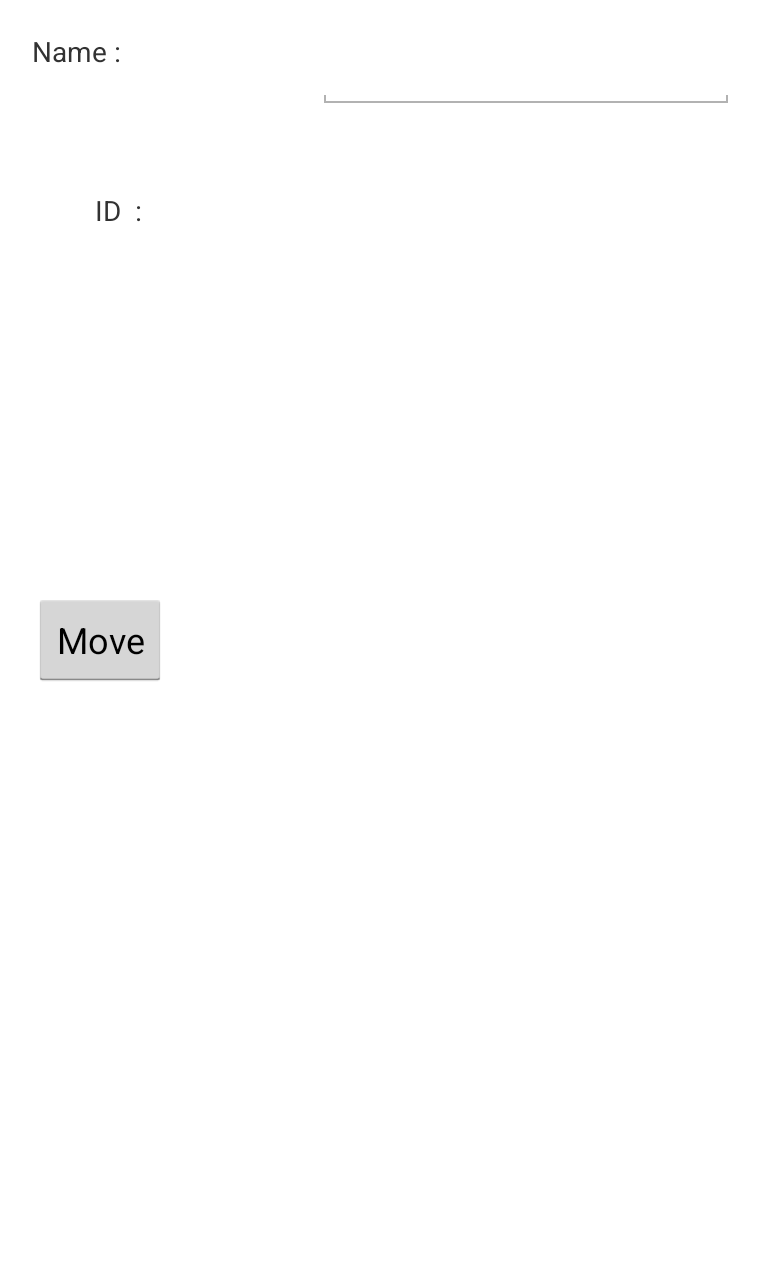
Repository: suzauddola/Android_Apps
Layout: Source/bundle/bandle/res/layout/first.xml
The author's editor kept a copy of each file at every save. The layout is drawn from the files as they stood at one save, then again after the next save.
It is drawn on a 768 x 1280 px phone screen (xhdpi) without system bars, with theme AppTheme; the app's code is not run.

Above is the layout before, as saved 2013-09-05 02:09:42.

### Source/bundle/bandle/res/layout/first.xml
<RelativeLayout xmlns:android="http://schemas.android.com/apk/res/android"
    xmlns:tools="http://schemas.android.com/tools"
    android:layout_width="match_parent"
    android:layout_height="match_parent"
    android:paddingBottom="@dimen/activity_vertical_margin"
    android:paddingLeft="@dimen/activity_horizontal_margin"
    android:paddingRight="@dimen/activity_horizontal_margin"
    android:paddingTop="@dimen/activity_vertical_margin"
    tools:context=".Main" >

    <TextView
        android:id="@+id/name"
        android:layout_width="wrap_content"
        android:layout_height="wrap_content"
        android:text="Name :    " />

    <EditText
        android:id="@+id/name1"
        android:layout_width="wrap_content"
        android:layout_height="wrap_content"
        android:layout_alignParentRight="true"
        android:layout_alignTop="@+id/name"
        android:ems="10" />

    <Button
        android:id="@+id/button1"
        android:layout_width="wrap_content"
        android:layout_height="wrap_content"
        android:layout_centerVertical="true"
        android:text="Move" />

    <TextView
        android:id="@+id/tvID"
        android:layout_width="wrap_content"
        android:layout_height="wrap_content"
        android:layout_alignRight="@+id/name"
        android:layout_below="@+id/name1"
        android:layout_marginTop="40dp"
        android:text="ID  : " />

</RelativeLayout>

Loaded but not shown: Source/bundle/bandle/res/values/styles.xml (common file); Source/bundle/bandle/res/values-v11/styles.xml (common file); Source/bundle/bandle/res/values-v14/styles.xml (common file); Source/bundle/bandle/res/values/dimens.xml (common file)

After the next save:
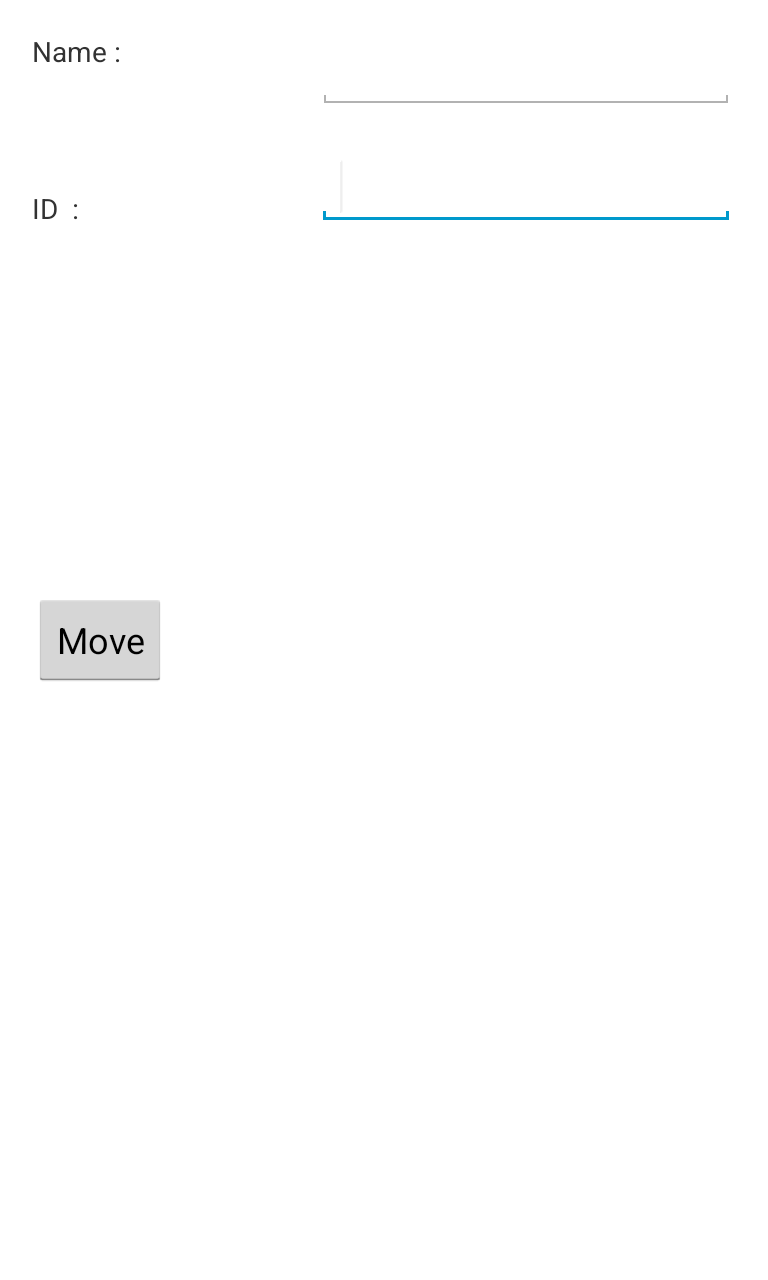
Saved 34 s later.
--- a/Source/bundle/bandle/res/layout/first.xml
+++ b/Source/bundle/bandle/res/layout/first.xml
@@ -33,9 +33,20 @@
         android:id="@+id/tvID"
         android:layout_width="wrap_content"
         android:layout_height="wrap_content"
-        android:layout_alignRight="@+id/name"
+        android:layout_alignLeft="@+id/name"
         android:layout_below="@+id/name1"
-        android:layout_marginTop="40dp"
+        android:layout_marginTop="39dp"
         android:text="ID  : " />
 
+    <EditText
+        android:id="@+id/etID"
+        android:layout_width="wrap_content"
+        android:layout_height="wrap_content"
+        android:layout_alignBottom="@+id/tvID"
+        android:layout_alignLeft="@+id/name1"
+        android:ems="10" >
+
+        <requestFocus />
+    </EditText>
+
 </RelativeLayout>
